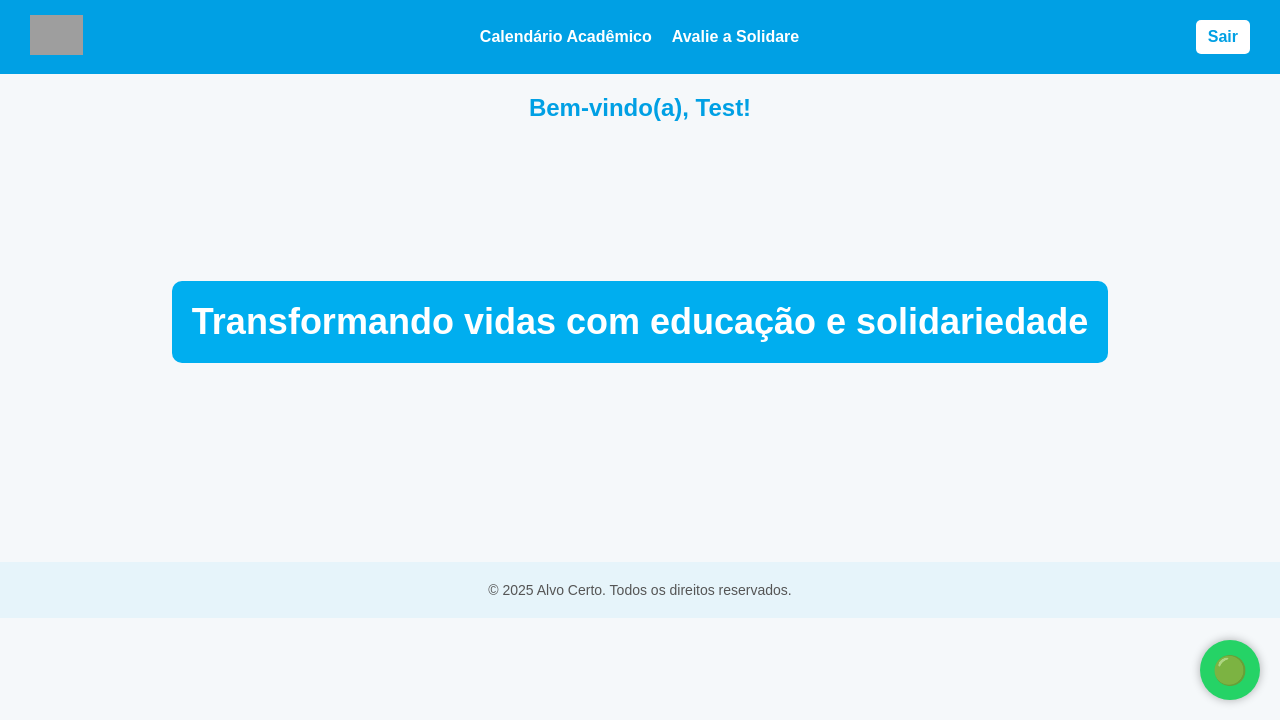
Repository: Guilherme-burle/Portal-do-Aluno-P2
Page: http://localhost/
These files come from the project's save history. The page is drawn as it stood at one moment and after the next save; the edit follows.
The browser window is 1280 px wide. The pictures show the whole page.
Pictures or frames that could not be fetched are drawn as grey boxes. The page is served by the project's application, run on Django 5.2 (PortaldoAluno/manage.py). A made-up administrator, testuser (Test User, test@example.com), is signed in.

Above is the page before, as saved 2025-05-16 16:51:04.

After the next save:
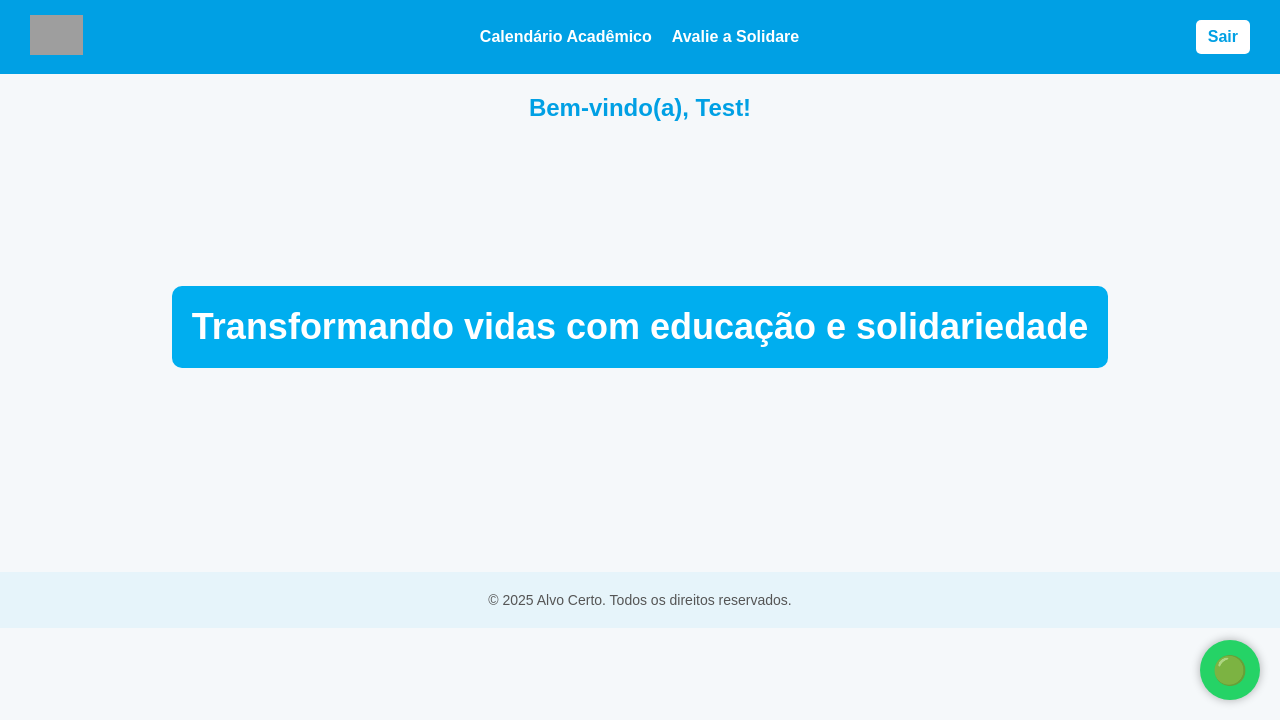
Saved 9 s later.
--- a/PortaldoAluno/Aplicativo/templates/home.html
+++ b/PortaldoAluno/Aplicativo/templates/home.html
@@ -70,7 +70,7 @@
     .banner {
       background-size: cover;
       background-position: center;
-      height: 360px;
+      height: 370px;
       display: flex;
       align-items: center;
       justify-content: center;
